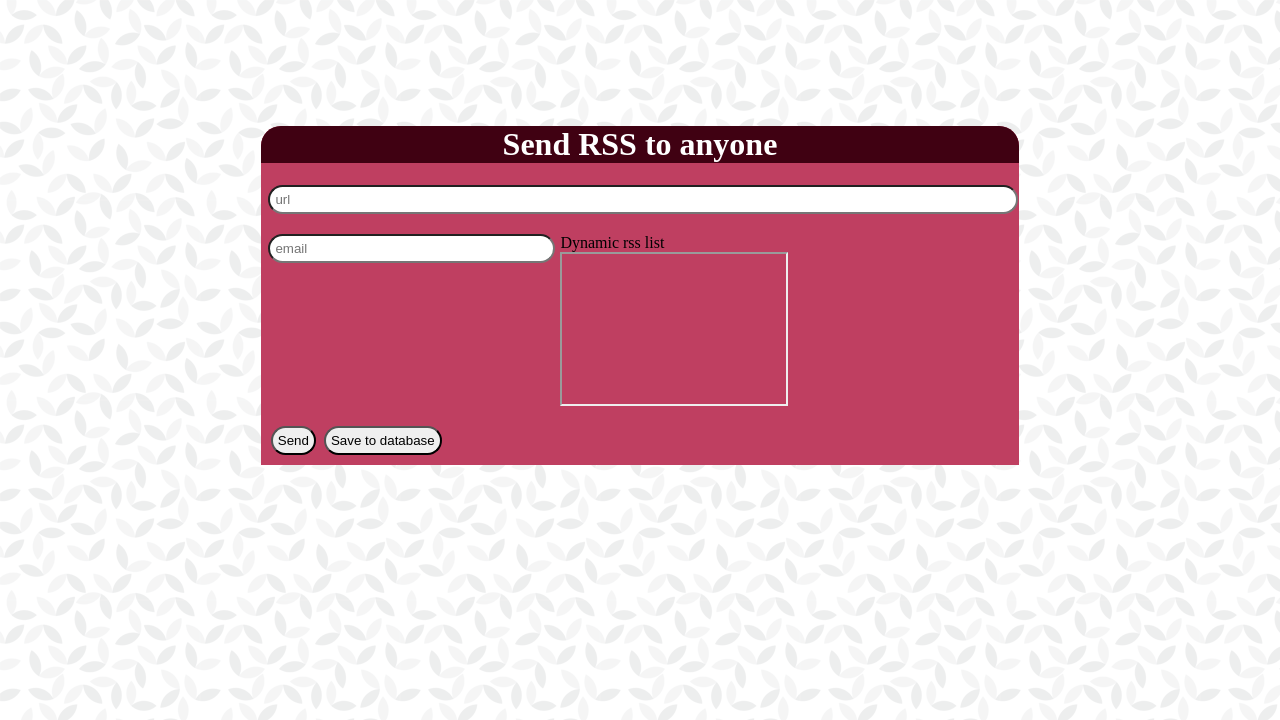
Repository: michalski9wsb/rss_final
Page: index.html
These files come from the project's save history. The page is drawn as it stood at one moment and after the next save; the edit follows.
The browser window is 1280 px wide. The pictures show the whole page.
Some web fonts or font styles are not loaded; a fallback is used.

Above is the page before, as saved 2020-03-08 10:18:52.

### index.html
<!DOCTYPE html>
<html lang="pl">
    <head>
        <meta charset="utf-8" />
        <title>Send RSS</title>
        <meta name="deskription" content="Apk for RSS" />
        <meta name="keywords" content="RSS,aplication, send" />
        <meta http-equiv="X-UA-Compatioble" content="IE=edge,chrome=1" />
        <link href="style.css" rel="stylesheet" type="text/css" />
        <link href="https://fonts.googleapis.com/css?family=Trade+Winds&display=swap" rel="stylesheet">
    </head>
    <body>
        <form method="get" action="send.php">
            <h1>Send RSS to anyone</h1>
            <div class="url-flex row">
                <input id="url"  name="url" type="url" placeholder="url"/>
            </div>
            <div class="email-flex row">
                <div id="helper"><input id="email"  name="email" type="email" placeholder="email" /></div>
                <div id="debug">
                    <label for="debug">Dynamic rss list</label>
                    <iframe name="debug"  rows="10">

                    </iframe>

                </div>

             </div>
             <div style="clear:both;"></div>
            <div class="row">
                <!--<div class="buttonCentre">-->
                    <input id="send" type="submit" value="Send"/>
                    <button id="save" name="save">Save to database</button>
                <!--</div>-->
            </div>
        </form>
    </body>
</html>

### style.css
body{
    background-image: url(geometric-leaves/geometric-leaves.png);
    font-family: 'Trade Winds' ;
}
h1{
    display: block;
    border-radius: 20px 20px 0px 0px;
    background-color: #400112;
    color: white;
    margin-left: auto;
    margin-right: auto;
    text-align: center;
    position: relative;
}
form{
    border-radius: 20px 20px 0 0;
    margin-left: 20%;
    margin-top: 10%;
    width: 60%;
    background-color: #BF3F61;
}
input{
    border-radius: 20px;
    padding: 5px;
}
input[type=submit]{
    margin-left: 10px;
}
button{
    border-radius: 20px;
    margin-left: 4px;
    padding: 5px;
    margin-bottom: 10px;
}
#debug{
    display: flex;
    flex-direction: column;
    margin-left: 5px;
    float: left;
    width: 30%;
}

input#email{
    float: left;
    width: 36%;
    margin-left: 1%;
}
input#url{
    /*margin-top: 2%;*/
    margin-left: 1%;
    width: 97%;
}
.row{
    width: 100%;
    margin-top: 20px;
}

After the next save:
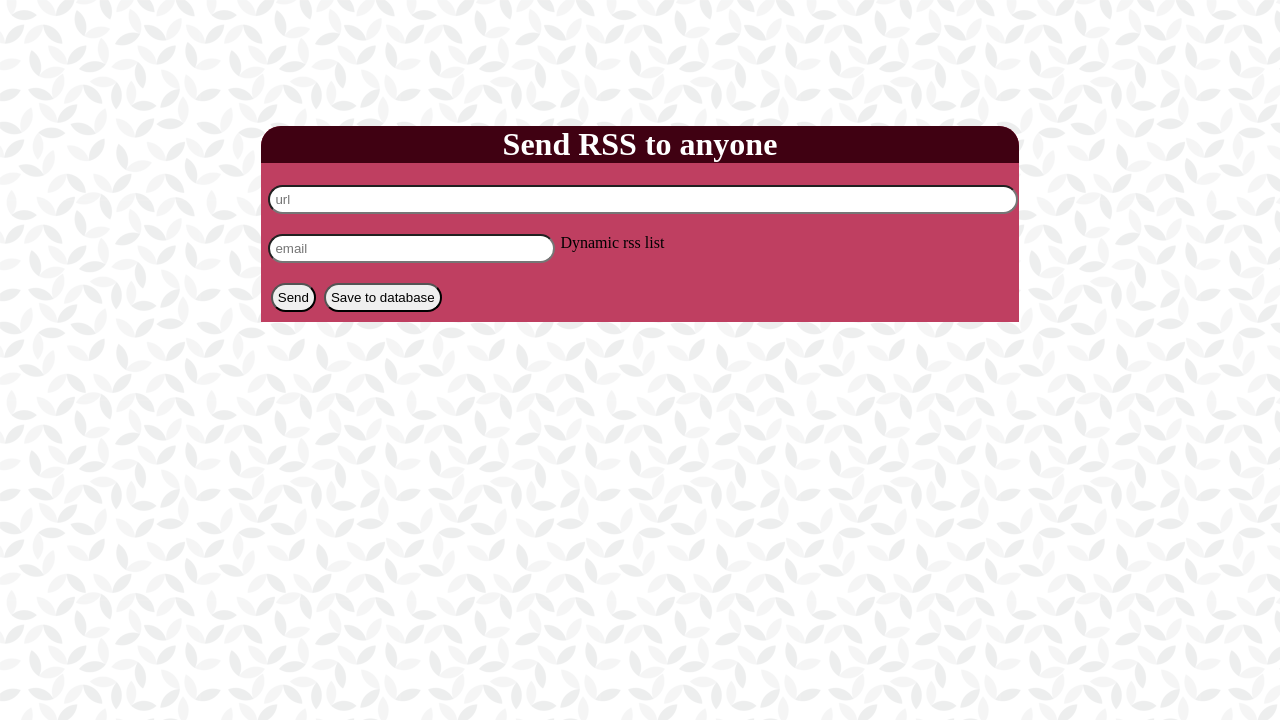
Saved 55 s later.
--- a/index.html
+++ b/index.html
@@ -19,9 +19,9 @@
                 <div id="helper"><input id="email"  name="email" type="email" placeholder="email" /></div>
                 <div id="debug">
                     <label for="debug">Dynamic rss list</label>
-                    <iframe name="debug"  rows="10">
+                    <div name="debug"  rows="10">
 
-                    </iframe>
+                    </div>
 
                 </div>
 
